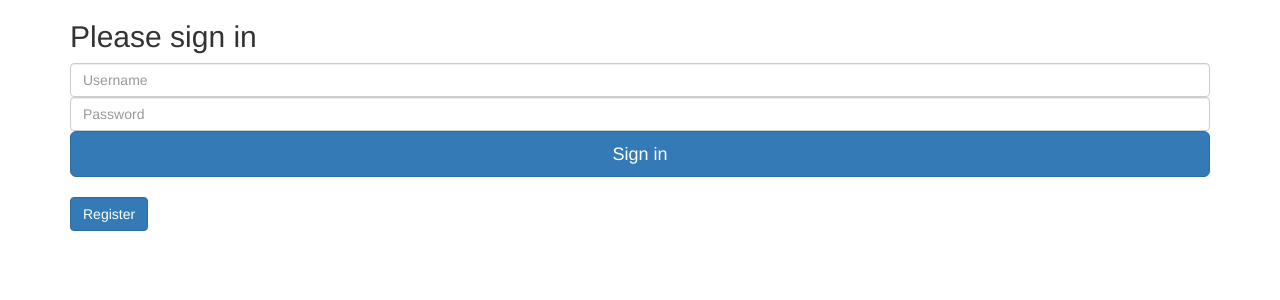
Repository: aaikinsm/FDM-Programs
Page: http://localhost/SoloProject/createExam.jsp
These files come from the project's save history. The page is drawn as it stood at one moment and after the next save; the edit follows.
The browser window is 1280 px wide. The pictures show the whole page.
The page is served by Tomcat 9.

Above is the page before, as saved 2017-05-26 18:26:38.

After the next save:
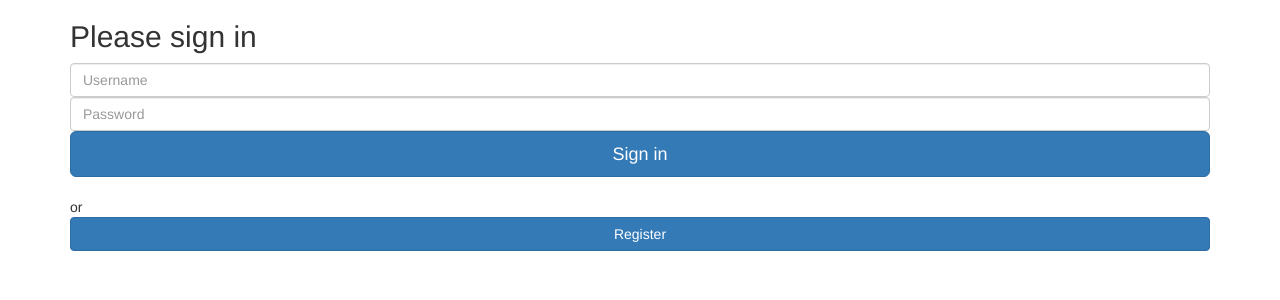
Saved 84 s later.
--- a/SoloProject/WebContent/login.jsp
+++ b/SoloProject/WebContent/login.jsp
@@ -31,8 +31,10 @@
         <input type="password" id="inputPassword" name="password" class="form-control" placeholder="Password" required>
         <button class="btn btn-lg btn-primary btn-block" type="submit">Sign in</button>
       </form>
+      	<br/>
+      	or
 		<br/>
-		<a class="btn btn-primary" href="login">Register</a>
+		<a class="btn btn-primary btn-block" href="register">Register</a>
 
     </div>
 </body>
